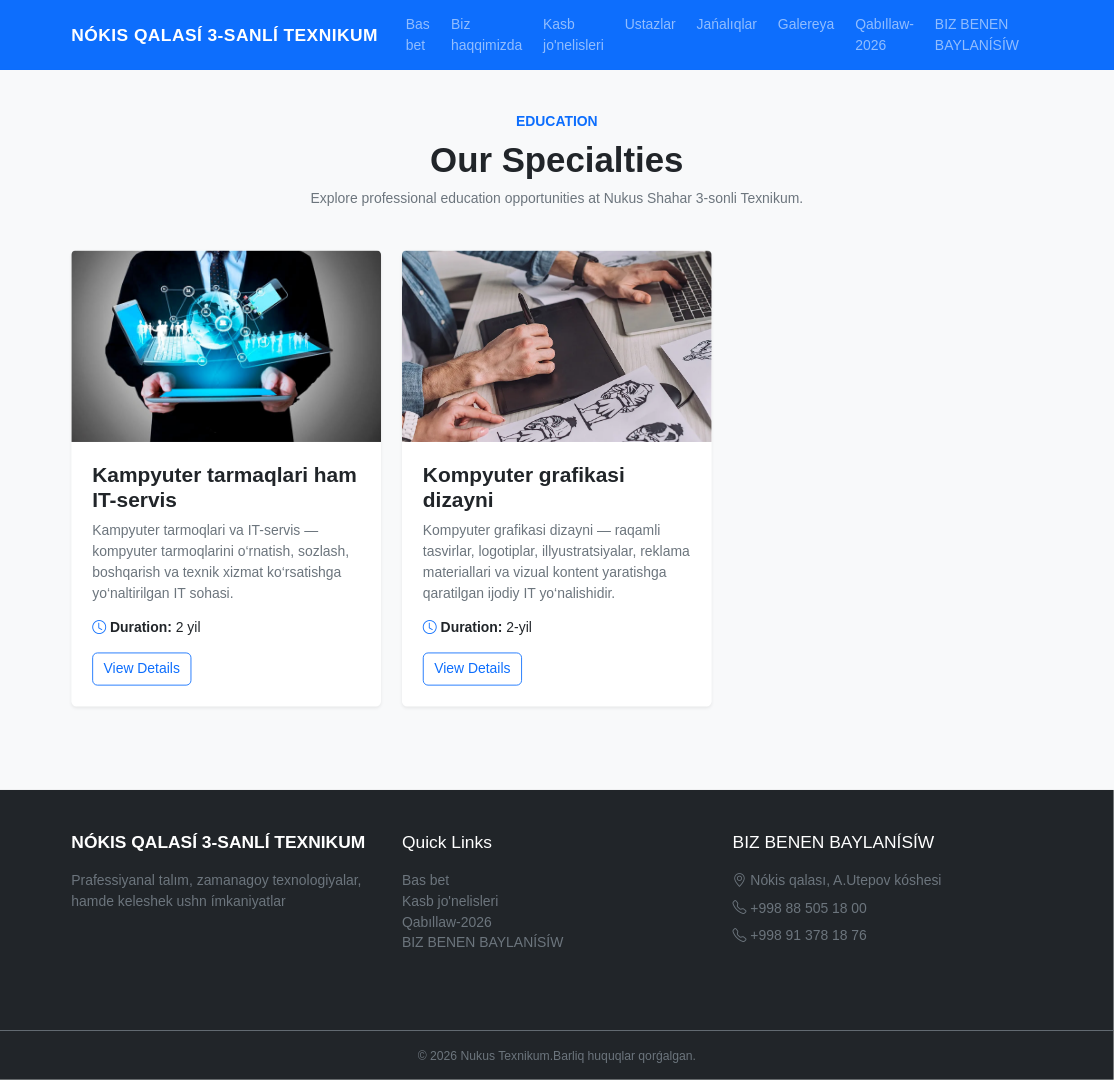
Repository: Neptunescorp/nukus_technicum
Page: http://localhost/specialties/
These files come from the project's save history. The page is drawn as it stood at one moment and after the next save; the edit follows.
The browser window is 1280 px wide. The pictures show the whole page, at 87% of full size.
The page is served by the project's application, run on Django 5.2 (manage.py). The page reads the database file committed with the project.

Above is the page before, as saved 2026-08-19 11:58:22.

After the next save:
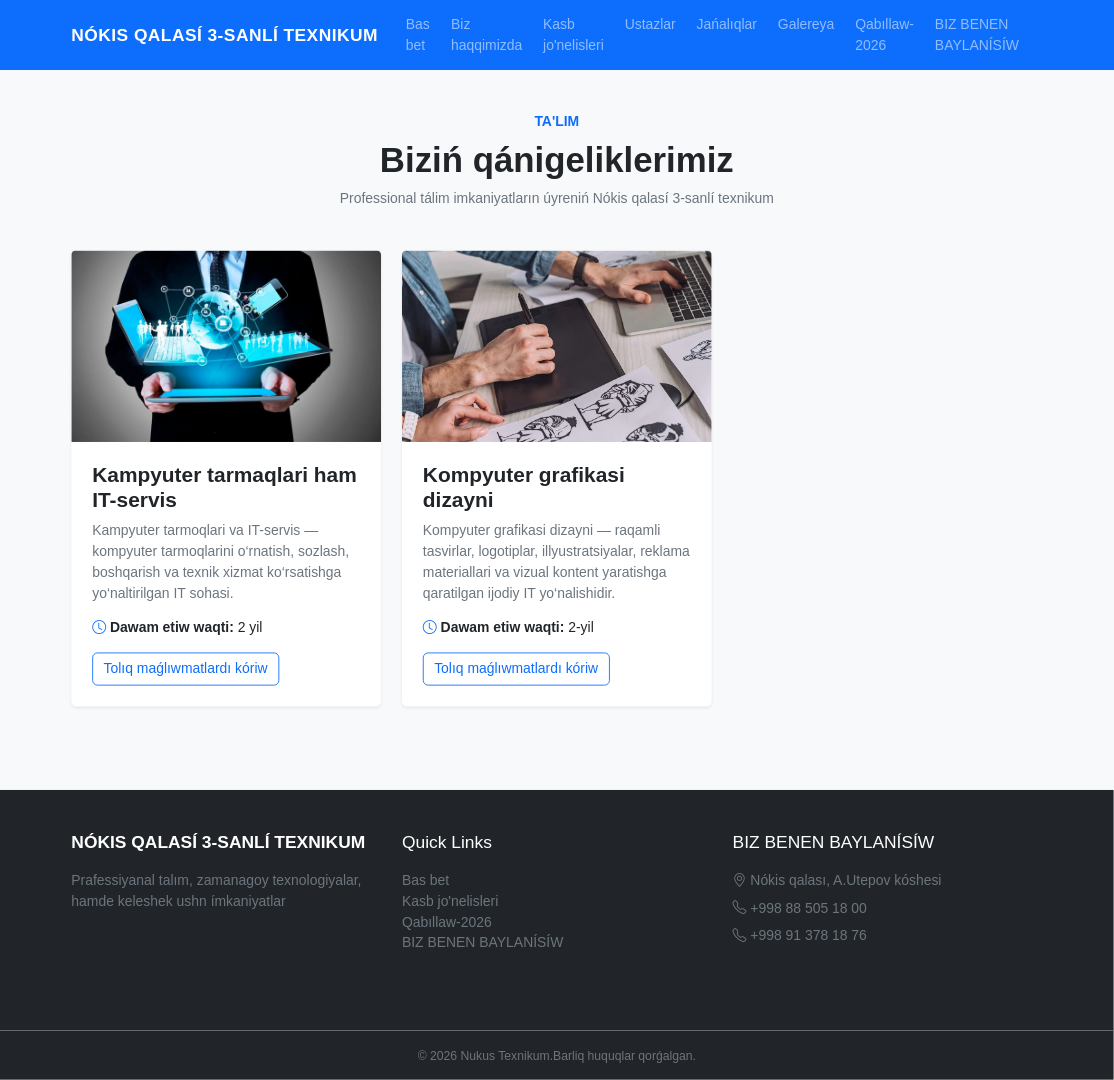
Saved 2 min 22 s later.
--- a/specialties/templates/specialties/list.html
+++ b/specialties/templates/specialties/list.html
@@ -13,16 +13,16 @@ Qánigelikler | NÓKIS QALASÍ 3-SANLÍ TEXNIKUM
         <div class="text-center mb-5">
 
             <span class="text-primary fw-semibold">
-                EDUCATION
+                TA'LIM
             </span>
 
             <h1 class="fw-bold mt-2">
-                Our Specialties
+                Biziń qánigeliklerimiz
             </h1>
 
             <p class="text-secondary">
-                Explore professional education opportunities
-                at Nukus Shahar 3-sonli Texnikum.
+                Professional tálim imkaniyatların úyreniń
+                Nókis qalasí 3-sanlí texnikum
             </p>
 
         </div>
@@ -82,7 +82,7 @@ Qánigelikler | NÓKIS QALASÍ 3-SANLÍ TEXNIKUM
                             <i class="bi bi-clock text-primary"></i>
 
                             <strong>
-                                Duration:
+                                Dawam etiw waqti:
                             </strong>
 
                             {{ specialty.duration }}
@@ -96,7 +96,7 @@ Qánigelikler | NÓKIS QALASÍ 3-SANLÍ TEXNIKUM
                             href="{% url 'specialty_detail' specialty.pk %}"
                             class="btn btn-outline-primary"
                         >
-                            View Details
+                            Tolıq maǵlıwmatlardı kóriw
                         </a>
 
                     </div>
